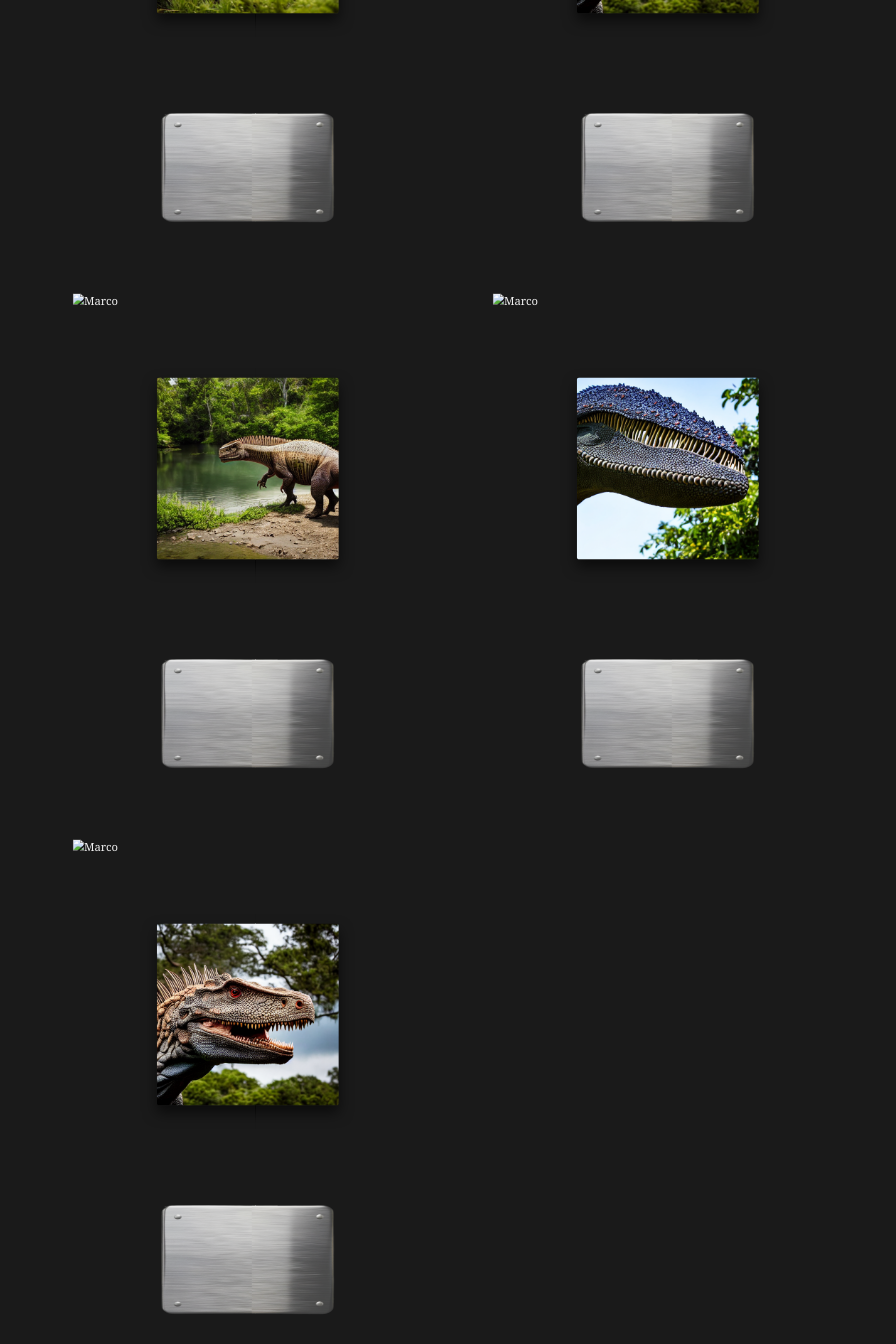
Repository: FormalIngenieroniel/YapperSaurusMuseum
Page: templates/index.html
The author's editor kept a record of every edit. The page is drawn from the files as they stood at one moment, then again after the next edit.
The browser window is 1280 px wide. The pictures show the part of the page from y = 2885 to 4805 px (the page is 4805 px tall before and 4025 px after), at 70% of full size.

Above is the page before.
Console error: TypeError: Cannot read properties of null (reading 'addEventListener')

### templates/index.html
<!DOCTYPE html>
<html lang="es">
<head>
    <meta charset="UTF-8">
    <meta name="viewport" content="width=device-width, initial-scale=1.0">
    <title>Museo de Dinosaurios</title>
    <link rel="stylesheet" href="./static/style.css">
</head>
<body>

    <div class="fondo-paralax"></div>

    <h1>Galería de Dinosaurios</h1>

    <div class="museo-container">

        <div class="dino-exhibit">
            <div class="dino-cuadro">
                <img src="./static/Carpetanosaurio rex/Waranatitan.png" alt="Waranatitan" class="dino-img">
                <img src="" alt="Marco" class="dino-marco">
            </div>
            <div class="dino-placa">
                </div>
        </div>

        <div class="dino-exhibit">
            <div class="dino-cuadro">
                <img src="./static/Carpetanosaurio rex/Hianchangosaurus.png" alt="Hianchangosaurus" class="dino-img">
                <img src="" alt="Marco" class="dino-marco">
            </div>
            <div class="dino-placa">
            </div>
        </div>
        <div class="dino-exhibit">
            <div class="dino-cuadro">
                <img src="./static/Carpetanosaurio rex/Danodon.png" alt="Danodon" class="dino-img">
                <img src="" alt="Marco" class="dino-marco">
            </div>
            <div class="dino-placa">
            </div>
        </div>

        <div class="dino-exhibit">
            <div class="dino-cuadro">
                <img src="./static/Carpetanosaurio rex/Siamensaurus.png" alt="Siamensaurus" class="dino-img">
                <img src="" alt="Marco" class="dino-marco">
            </div>
            <div class="dino-placa">
            </div>
        </div>

        <div class="dino-exhibit">
            <div class="dino-cuadro">
                <img src="./static/Carpetanosaurio rex/Ligantosaurus.png" alt="Ligantosaurus" class="dino-img">
                <img src="" alt="Marco" class="dino-marco">
            </div>
            <div class="dino-placa">
            </div>
        </div>

        <div class="dino-exhibit">
            <div class="dino-cuadro">
                <img src="./static/Carpetanosaurio rex/Nonosaurus.png" alt="Nonosaurus" class="dino-img">
                <img src="" alt="Marco" class="dino-marco">
            </div>
            <div class="dino-placa">
            </div>
        </div>

        <div class="dino-exhibit">
            <div class="dino-cuadro">
                <img src="./static/Carpetanosaurio rex/Protogosaurus.png" alt="Protogosaurus" class="dino-img">
                <img src="" alt="Marco" class="dino-marco">
            </div>
            <div class="dino-placa">
            </div>
        </div>

        <div class="dino-exhibit">
            <div class="dino-cuadro">
                <img src="./static/Carpetanosaurio rex/Yundanosaurus.png" alt="Yundanosaurus" class="dino-img">
                <img src="" alt="Marco" class="dino-marco">
            </div>
            <div class="dino-placa">
            </div>
        </div>

        <div class="dino-exhibit">
            <div class="dino-cuadro">
                <img src="./static/Carpetanosaurio rex/Rapalasaurus.png" alt="Rapalasaurus" class="dino-img">
                <img src="" alt="Marco" class="dino-marco">
            </div>
            <div class="dino-placa">
            </div>
        </div>

        <div class="dino-exhibit">
            <div class="dino-cuadro">
                <img src="./static/Carpetanosaurio rex/Stenosaurus.png" alt="Stenosaurus" class="dino-img">
                <img src="" alt="Marco" class="dino-marco">
            </div>
            <div class="dino-placa">
            </div>
        </div>

        <div class="dino-exhibit">
            <div class="dino-cuadro">
                <img src="./static/Carpetanosaurio rex/Yundanosaurus.png" alt="Dinosaurio 10" class="dino-img">
                <img src="" alt="Marco" class="dino-marco">
            </div>
            <div class="dino-placa">
            </div>
        </div>

    </div>

    <script src="./static/script.js"></script>
</body>
</html>

### static/style.css
/* --- Variables Globales y Reseteo --- */
:root {
    --dino-img-size: 260px;
    --marco-borde-size: 120px;
    --color-fondo: #1a1a1a;
    --color-texto-placa: #2c1e14;
    --color-luz-foco: rgba(255, 223, 150, 0.75);
    --color-titulo: #f0f0f0;
}

* {
    margin: 0;
    padding: 0;
    box-sizing: border-box;
}

body {
    font-family: 'Georgia', serif;
    background-color: var(--color-fondo);
    color: var(--color-titulo);
    overflow-x: hidden;
}

h1 {
    text-align: center;
    margin: 40px 0;
    font-size: 3rem;
    font-weight: normal;
    color: var(--color-titulo);
    text-shadow: 2px 2px 8px rgba(0,0,0,0.8);
    position: relative;
    z-index: 10;
    letter-spacing: 2px;
}

.fondo-paralax {
    background-image: url('./Marcos/fondo.png');
    background-size: cover;
    background-position: center center;
    position: fixed;
    z-index: -1;
    top: -50px;
    left: -50px;
    right: -50px;
    bottom: -50px;
}

.museo-container {
    display: grid;
    grid-template-columns: repeat(2, 1fr);
    grid-template-rows: repeat(5, auto);
    gap: 100px;
    padding: 40px;
    width: 90%;
    max-width: 15000px;
    margin: 0 auto;
    position: relative;
    z-index: 5;
}

.dino-exhibit {
    display: flex;
    flex-direction: column;
    align-items: center;
    cursor: pointer;
    transition: transform 0.4s ease-out, opacity 0.4s ease-out;
}

.museo-container:hover .dino-exhibit {
    opacity: 0.5;
    transform: scale(0.98);
}

.museo-container .dino-exhibit:hover {
    opacity: 1;
    transform: scale(1.05);
}

.dino-cuadro {
    position: relative;
    width: calc(var(--dino-img-size) + 2 * var(--marco-borde-size));
    height: calc(var(--dino-img-size) + 2 * var(--marco-borde-size));
    margin-bottom: 20px;
    transition: filter 0.4s ease-out;
}

.dino-exhibit:hover .dino-cuadro {
    filter: drop-shadow(0 0 20px var(--color-luz-foco));
}

.dino-img {
    width: var(--dino-img-size);
    height: var(--dino-img-size);
    object-fit: cover;
    position: absolute;
    top: 50%;
    left: 50%;
    transform: translate(-50%, -50%);
    z-index: 1;
    box-shadow: 0 10px 20px rgba(0,0,0,0.6);
    border-radius: 4px;
}

.dino-marco {
    width: 100%;
    height: 100%;
    position: absolute;
    top: 0;
    left: 0;
    z-index: 2;
    pointer-events: none;
}

/* === NUEVO: ESTILOS DEL SLICER DE PLACAS === */

/* 1. Contenedor Principal del Slicer */
/* Ocupa el espacio de la placa original y oculta el contenido que se desborda */
.placa-slicer-container {
    position: relative;
    width: 100%;
    max-width: 500px;
    overflow: hidden; /* ¡La clave! Oculta la segunda placa */
    box-shadow: 0 5px 15px rgba(0,0,0,0.5);
    transition: height 0.6s cubic-bezier(0.86, 0, 0.07, 1);
}

/* 2. El Wrapper que se desliza */
/* Es el doble de ancho que el contenedor para albergar las dos placas */
.placa-wrapper {
    display: flex;
    width: 200%; /* 100% para cada una de las dos placas */
    /* Animación suave para el deslizamiento */
    transition: transform 0.6s cubic-bezier(0.86, 0, 0.07, 1);
    align-items: flex-start;
}

/* 3. Clase que activa el deslizamiento */
.placa-wrapper.slide-active {
    transform: translateX(-50%); /* Mueve el wrapper a la izquierda */
}

/* 4. Estilo de cada Placa dentro del Slicer */
.dino-placa {
    width: 50%;
    flex-shrink: 0;
    background-image: url('./Marcos/placatexto.png');
    background-size: 100% 100%;
    background-repeat: no-repeat;

    /* AJUSTE 1: Aumenta el padding para crear el margen interior */
    /* Puedes ajustar el '60px' si necesitas más o menos espacio lateral */
    padding: 80px 70px;

    text-align: left;
    color: var(--color-texto-placa);
    font-size: 0.9rem;
    line-height: 1.6;

    /* AJUSTE 2: Añade estas 3 líneas para centrar el contenido */
    display: flex;
    flex-direction: column;
    justify-content: center; /* ¡Esta es la clave para el centrado vertical! */
}

/* 5. Estilo de las Flechas de Navegación */
.slicer-arrow {
    position: absolute;
    top: 50%;
    transform: translateY(-50%);
    z-index: 20;
    background-color: rgba(44, 30, 20, 0.7);
    color: white;
    border: none;
    border-radius: 50%;
    width: 40px;
    height: 40px;
    font-size: 24px;
    font-weight: bold;
    cursor: pointer;
    display: flex;
    align-items: center;
    justify-content: center;
    transition: background-color 0.3s ease, transform 0.3s ease;
}

.slicer-arrow:hover {
    background-color: rgba(44, 30, 20, 1);
    transform: translateY(-50%) scale(1.1);
}

.slicer-arrow.prev {
    left: 10px;
}

.slicer-arrow.next {
    right: 10px;
}

Loaded but not shown: static/script.js (460 lines, source omitted)

After the next edit:
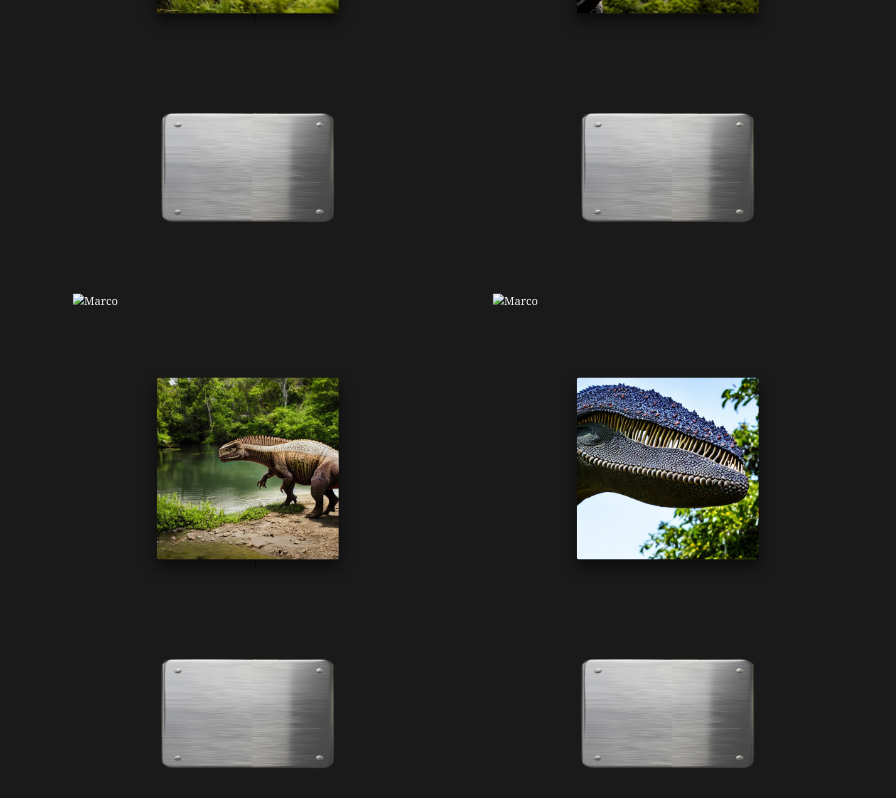
The edit:
--- a/templates/index.html
+++ b/templates/index.html
@@ -103,17 +103,7 @@
             </div>
         </div>
 
-        <div class="dino-exhibit">
-            <div class="dino-cuadro">
-                <img src="./static/Carpetanosaurio rex/Yundanosaurus.png" alt="Dinosaurio 10" class="dino-img">
-                <img src="" alt="Marco" class="dino-marco">
-            </div>
-            <div class="dino-placa">
-            </div>
-        </div>
-
     </div>
-
     <script src="./static/script.js"></script>
 </body>
 </html>
